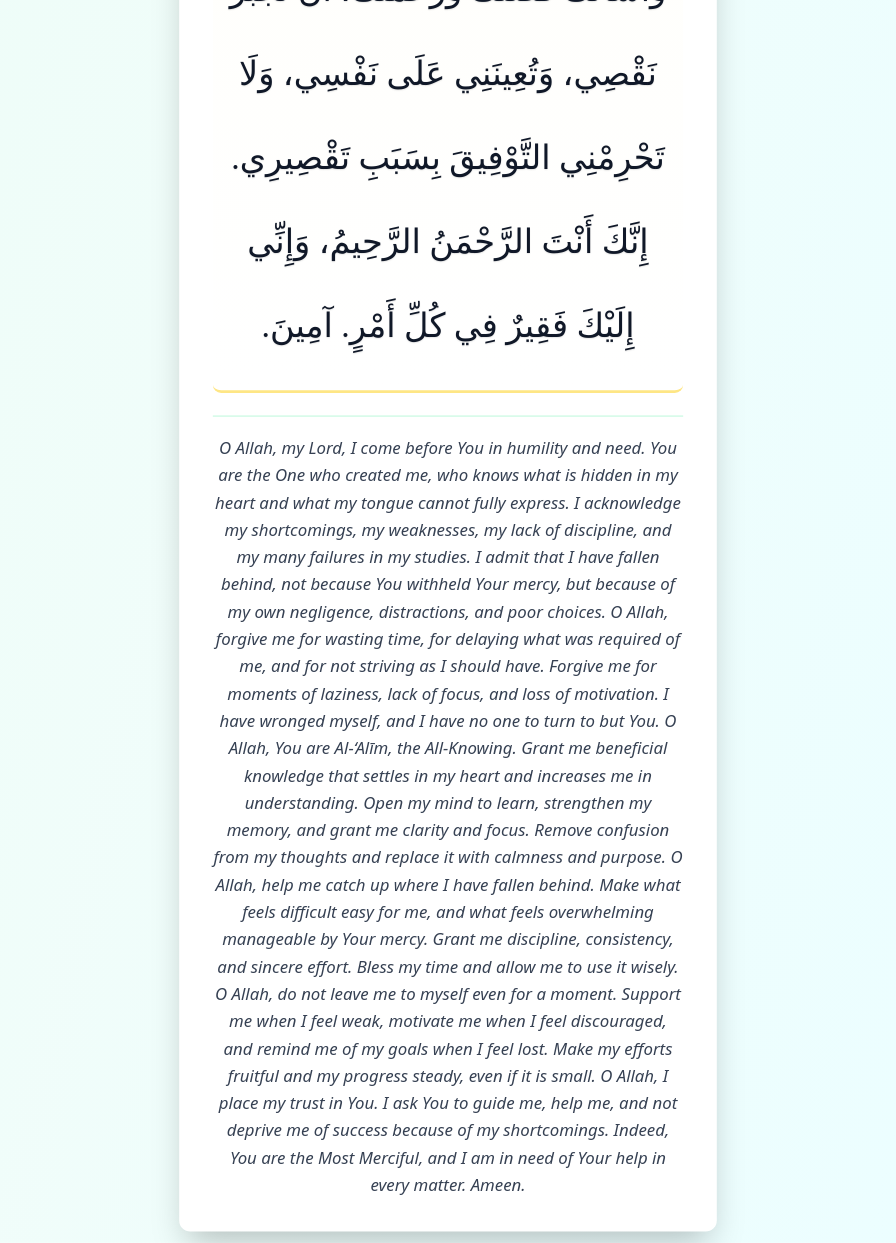
Repository: AbdulquddusMuhammad/prayerApp2.0
Page: /
The author's editor kept a copy of each file at every save. The page is drawn from the files as they stood at one save, then again after the next save.
The browser window is 1280 px wide. The pictures show the part of the page from y = 3818 to 5738 px (the page is 5594 px tall before and 5738 px after), at 70% of full size.
Some web fonts or font styles are not loaded; a fallback is used. The project was rebuilt for these pictures with package versions that can differ from the ones it lists, and the page was loaded fresh each time. Also part of the build but not shown: vite.config.js.

Above is the page before, as saved 2026-01-18 09:24:46.

### index.html
<!DOCTYPE html>
<html lang="en">
  <head>
    <meta charset="UTF-8" />
    <link rel="icon" type="image/sng" href="/prayerAppLogo.png" />
    <meta name="viewport" content="width=device-width, initial-scale=1.0" />
    <title>prayerapp2-0</title>
  </head>
  <body>
    <div id="root"></div>
    <script type="module" src="/src/main.jsx"></script>
  </body>
</html>

### src/main.jsx
import { registerSW } from "virtual:pwa-register";
import { StrictMode } from "react";
import { createRoot } from "react-dom/client";
import "./index.css";
import App from "./App.jsx";

createRoot(document.getElementById("root")).render(
  <StrictMode>
    <App />
  </StrictMode>
);

registerSW({
  onNeedRefresh() {},
  onOfflineReady() {},
});

### src/index.css
@import "tailwindcss";

* {
  /* outline: 1px solid red; */
}

### src/App.jsx
import React, { useState } from "react";
import { ChevronLeft, ChevronRight, BookOpen } from "lucide-react";

const App = () => {
  // Load Quran-style Arabic fonts
  React.useEffect(() => {
    const link = document.createElement("link");
    link.href = "https://fonts.googleapis.com/css2?family=Amiri+Quran&family=Scheherazade+New:wght@400;700&display=swap";
    link.rel = "stylesheet";
    document.head.appendChild(link);
  }, []);
  // Arabic prayers and phrases stored in JavaScript object
  const prayersData = {
    prayers: [
      {
        id: 1,
        arabic: `اللَّهُمَّ إِنِّي أَقِفُ بَيْنَ يَدَيْكَ ذَلِيلًا مُنْكَسِرًا، أَعْتَرِفُ بِضَعْفِي وَتَقْصِيرِي. أَنْتَ الَّذِي خَلَقْتَنِي، وَتَعْلَمُ سِرِّي وَعَلَانِيَتِي، وَتَعْلَمُ مَا فِي قَلْبِي مِمَّا لَا أُحْسِنُ التَّعْبِيرَ عَنْهُ بِلِسَانِي.

اللَّهُمَّ أُقِرُّ بِأَنِّي قَصَّرْتُ فِي دِرَاسَتِي، وَتَأَخَّرْتُ كَثِيرًا، وَضَيَّعْتُ أَوْقَاتِي، وَغَلَبَتْنِي نَفْسِي وَشَوَاغِلِي. فَاغْفِرْ لِي ذُنُوبِي، وَتُبْ عَلَيَّ تَوْبَةً نَصُوحًا، فَإِنِّي قَدْ ظَلَمْتُ نَفْسِي، وَلَا مَلْجَأَ وَلَا مَنْجَا مِنْكَ إِلَّا إِلَيْكَ.

اللَّهُمَّ أَنْتَ الْعَلِيمُ الْحَكِيمُ، فَارْزُقْنِي عِلْمًا نَافِعًا، وَفَهْمًا صَادِقًا، وَفَتْحًا مِنْ عِنْدِكَ. نَوِّرْ عَقْلِي، وَقَوِّ ذَاكِرَتِي، وَاشْرَحْ صَدْرِي لِلتَّعَلُّمِ، وَاصْرِفْ عَنِّي التَّشْتِيتَ وَالْكِسَلَ، وَارْزُقْنِي التَّرْكِيزَ وَالثَّبَاتَ.

اللَّهُمَّ أَعِنِّي عَلَى تَدَارُكِ مَا فَاتَنِي، وَيَسِّرْ لِي مَا اسْتَصْعَبْتُهُ، وَخَفِّفْ عَنِّي مَا أَثْقَلَنِي. بَارِكْ لِي فِي وَقْتِي، وَوَفِّقْنِي لِحُسْنِ اسْتِغْلَالِهِ، وَارْزُقْنِي الِانْضِبَاطَ وَالِاجْتِهَادَ وَالْمُوَاظَبَةَ.

اللَّهُمَّ لَا تَكِلْنِي إِلَى نَفْسِي طَرْفَةَ عَيْنٍ. كُنْ لِي عَوْنًا إِذَا ضَعُفْتُ، وَمُثَبِّتًا إِذَا فَتَرْتُ، وَمُوَجِّهًا إِذَا ضَلَلْتُ. اجْعَلْ سَعْيِي مَبْرُورًا، وَتَقَدُّمِي مُتَوَاصِلًا وَلَوْ كَانَ قَلِيلًا.

اللَّهُمَّ إِنِّي أُفَوِّضُ أَمْرِي إِلَيْكَ، وَأَسْأَلُكَ فَضْلَكَ وَرَحْمَتَكَ، أَنْ تَجْبُرَ نَقْصِي، وَتُعِينَنِي عَلَى نَفْسِي، وَلَا تَحْرِمْنِي التَّوْفِيقَ بِسَبَبِ تَقْصِيرِي. إِنَّكَ أَنْتَ الرَّحْمَنُ الرَّحِيمُ، وَإِنِّي إِلَيْكَ فَقِيرٌ فِي كُلِّ أَمْرٍ. آمِينَ.
`,
        translation: `O Allah, my Lord, I come before You in humility and need. You are the One who created me, who knows what is hidden in my heart and what my tongue cannot fully express. I acknowledge my shortcomings, my weaknesses, my lack of discipline, and my many failures in my studies. I admit that I have fallen behind, not because You withheld Your mercy, but because of my own negligence, distractions, and poor choices.

O Allah, forgive me for wasting time, for delaying what was required of me, and for not striving as I should have. Forgive me for moments of laziness, lack of focus, and loss of motivation. I have wronged myself, and I have no one to turn to but You.

O Allah, You are Al-‘Alīm, the All-Knowing. Grant me beneficial knowledge that settles in my heart and increases me in understanding. Open my mind to learn, strengthen my memory, and grant me clarity and focus. Remove confusion from my thoughts and replace it with calmness and purpose.

O Allah, help me catch up where I have fallen behind. Make what feels difficult easy for me, and what feels overwhelming manageable by Your mercy. Grant me discipline, consistency, and sincere effort. Bless my time and allow me to use it wisely.

O Allah, do not leave me to myself even for a moment. Support me when I feel weak, motivate me when I feel discouraged, and remind me of my goals when I feel lost. Make my efforts fruitful and my progress steady, even if it is small.

O Allah, I place my trust in You. I ask You to guide me, help me, and not deprive me of success because of my shortcomings. Indeed, You are the Most Merciful, and I am in need of Your help in every matter. Ameen.
`,
        category: "Opening",
      },

      {
        id: 2,
        arabic: "الْحَمْدُ لِلَّهِ رَبِّ الْعَالَمِينَ",
        translation: "All praise is due to Allah, Lord of all the worlds",
        category: "Praise",
      },
      {
        id: 3,
        arabic: "اللَّهُمَّ صَلِّ عَلَى مُحَمَّدٍ وَعَلَى آلِ مُحَمَّدٍ",
        translation: "O Allah, send blessings upon Muhammad and the family of Muhammad",
        category: "Salawat",
      },
      {
        id: 4,
        arabic: "سُبْحَانَ اللَّهِ وَالْحَمْدُ لِلَّهِ وَلَا إِلَهَ إِلَّا اللَّهُ وَاللَّهُ أَكْبَرُ",
        translation: "Glory be to Allah, and praise be to Allah, and there is no god but Allah, and Allah is the Greatest",
        category: "Dhikr",
      },
      {
        id: 5,
        arabic: "رَبَّنَا آتِنَا فِي الدُّنْيَا حَسَنَةً وَفِي الْآخِرَةِ حَسَنَةً وَقِنَا عَذَابَ النَّارِ",
        translation: "Our Lord, give us good in this world and good in the Hereafter, and protect us from the punishment of the Fire",
        category: "Dua",
      },
      {
        id: 6,
        arabic: "اللَّهُمَّ إِنِّي أَسْأَلُكَ الْهُدَى وَالتُّقَى وَالْعَفَافَ وَالْغِنَى",
        translation: "O Allah, I ask You for guidance, piety, chastity, and self-sufficiency",
        category: "Dua",
      },
      {
        id: 7,
        arabic: "رَبِّ اشْرَحْ لِي صَدْرِي وَيَسِّرْ لِي أَمْرِي",
        translation: "My Lord, expand my chest and make my task easy for me",
        category: "Dua",
      },
      {
        id: 8,
        arabic: "لَا إِلَهَ إِلَّا أَنْتَ سُبْحَانَكَ إِنِّي كُنْتُ مِنَ الظَّالِمِينَ",
        translation: "There is no deity except You; exalted are You. Indeed, I have been of the wrongdoers",
        category: "Dua",
      },
      {
        id: 9,
        arabic: "اللَّهُمَّ إِنِّي أَعُوذُ بِكَ مِنَ الْهَمِّ وَالْحَزَنِ",
        translation: "O Allah, I seek refuge in You from anxiety and grief",
        category: "Protection",
      },
      {
        id: 10,
        arabic: "حَسْبُنَا اللَّهُ وَنِعْمَ الْوَكِيلُ",
        translation: "Allah is sufficient for us, and He is the best Disposer of affairs",
        category: "Trust in Allah",
      },
    ],
  };

  const [currentIndex, setCurrentIndex] = useState(0);
  const currentPrayer = prayersData.prayers[currentIndex];

  const goToNext = () => {
    setCurrentIndex((prev) => (prev < prayersData.prayers.length - 1 ? prev + 1 : prev));
  };

  const goToPrevious = () => {
    setCurrentIndex((prev) => (prev > 0 ? prev - 1 : prev));
  };

  return (
    <div className="min-h-screen bg-gradient-to-br from-emerald-50 via-teal-50 to-cyan-50 flex items-center justify-center p-4">
      <div className="max-w-3xl w-full">
        {/* Header */}
        <div className="text-center mb-8">
          <div className="flex items-center justify-center gap-3 mb-3">
            <BookOpen className="w-8 h-8 text-emerald-600" />
            <h1 className="text-3xl font-bold text-gray-800">Islamic Prayers & Duas</h1>
          </div>
          <p className="text-gray-600">Learn authentic prayers in Arabic</p>
        </div>

        {/* Prayer Card */}
        <div className="bg-white rounded-2xl shadow-2xl p-8 md:p-12">
          {/* Category Badge */}
          <div className="text-center mb-6">
            <span className="inline-block px-4 py-2 bg-emerald-100 text-emerald-700 text-sm font-semibold rounded-full">{currentPrayer.category}</span>
          </div>

          {/* Arabic Text - Quran Style */}
          <div className="mb-8 px-4 py-8 bg-gradient-to-b from-amber-50 to-transparent rounded-xl border-t-4 border-b-4 border-amber-200" dir="rtl">
            <p
              className="text-4xl md:text-5xl text-gray-900 leading-loose text-center"
              style={{
                fontFamily: "'Amiri Quran', 'Scheherazade New', 'Traditional Arabic', serif",
                lineHeight: "2.5",
                textShadow: "0 1px 2px rgba(0,0,0,0.1)",
              }}>
              {currentPrayer.arabic}
            </p>
          </div>

          {/* Translation */}
          <div className="border-t-2 border-emerald-100 pt-6">
            <p className="text-xl md:text-2xl text-gray-700 text-center italic leading-relaxed">{currentPrayer.translation}</p>
          </div>
        </div>

        <div className="fixed bottom-0 left-0 right-0">
          {/* Progress Dots */}
          <div className="flex justify-center gap-2 mt-6">
            {prayersData.prayers.map((_, index) => (
              <button key={index} onClick={() => setCurrentIndex(index)} className={`w-3 h-3 rounded-full transition-all ${index === currentIndex ? "bg-emerald-600 w-8" : "bg-gray-300 hover:bg-gray-400"}`} />
            ))}
          </div>
          {/* Navigation Controls */}
          <div className="flex items-center justify-between bg-white rounded-xl shadow-lg p-4 mt-4">
            <button onClick={goToPrevious} disabled={currentIndex === 0} className={`flex items-center gap-2 px-6 py-3 rounded-lg font-medium transition-all ${currentIndex === 0 ? "bg-gray-100 text-gray-400 cursor-not-allowed" : "bg-emerald-600 text-white hover:bg-emerald-700 shadow-md"}`}>
              <ChevronLeft className="w-5 h-5" />
              Previous
            </button>

            <div className="text-center">
              <p className="text-sm text-gray-500 mb-1">Prayer</p>
              <p className="text-2xl font-bold text-emerald-600">
                {currentIndex + 1} / {prayersData.prayers.length}
              </p>
            </div>

            <button onClick={goToNext} disabled={currentIndex === prayersData.prayers.length - 1} className={`flex items-center gap-2 px-6 py-3 rounded-lg font-medium transition-all ${currentIndex === prayersData.prayers.length - 1 ? "bg-gray-100 text-gray-400 cursor-not-allowed" : "bg-emerald-600 text-white hover:bg-emerald-700 shadow-md"}`}>
              Next
              <ChevronRight className="w-5 h-5" />
            </button>
          </div>
        </div>
      </div>
    </div>
  );
};

export default App;

After the next save:
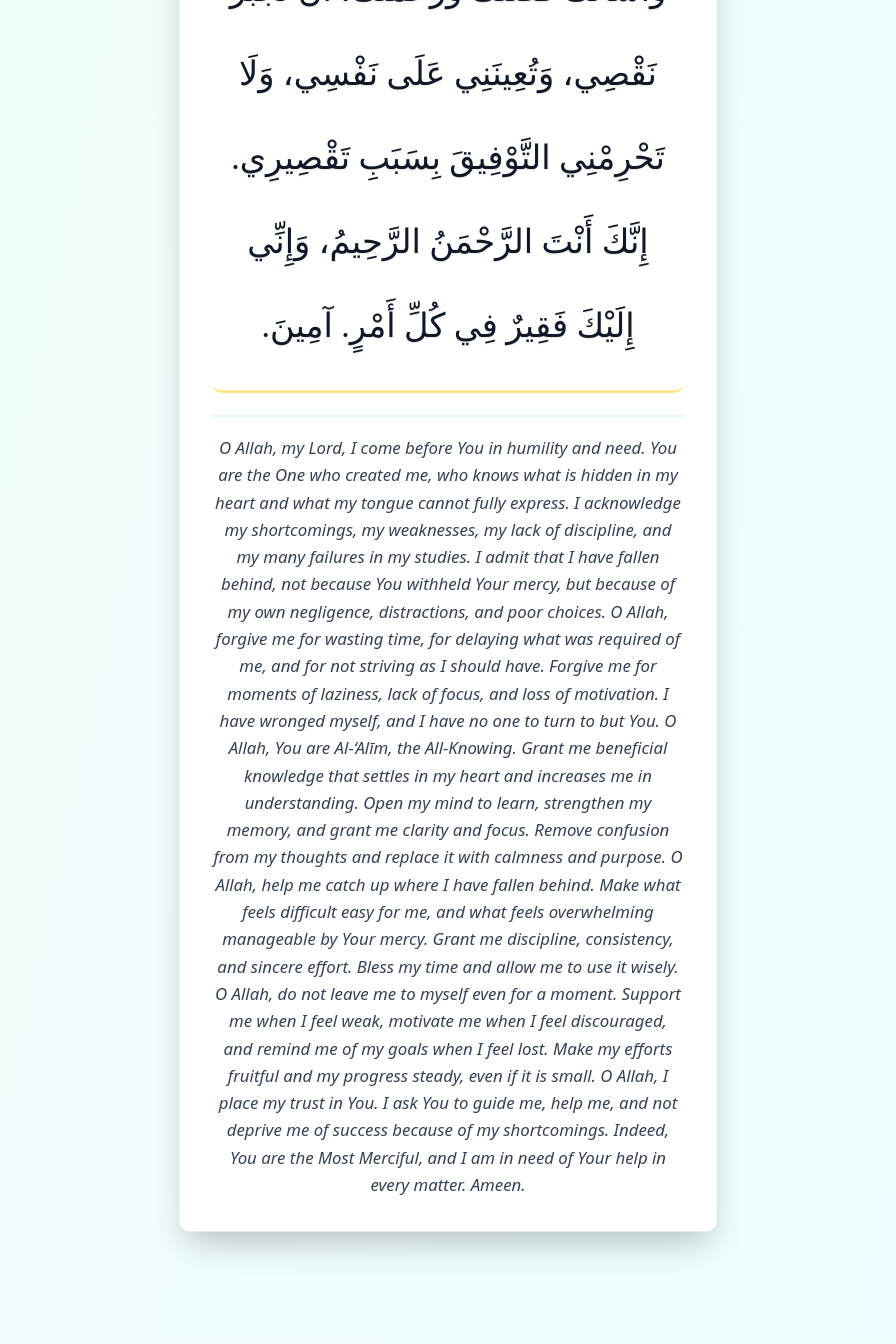
Saved 94 s later.
--- a/src/App.jsx
+++ b/src/App.jsx
@@ -111,7 +111,7 @@ O Allah, I place my trust in You. I ask You to guide me, help me, and not depriv
 
   return (
     <div className="min-h-screen bg-gradient-to-br from-emerald-50 via-teal-50 to-cyan-50 flex items-center justify-center p-4">
-      <div className="max-w-3xl w-full">
+      <div className="max-w-3xl w-full pb-36">
         {/* Header */}
         <div className="text-center mb-8">
           <div className="flex items-center justify-center gap-3 mb-3">
